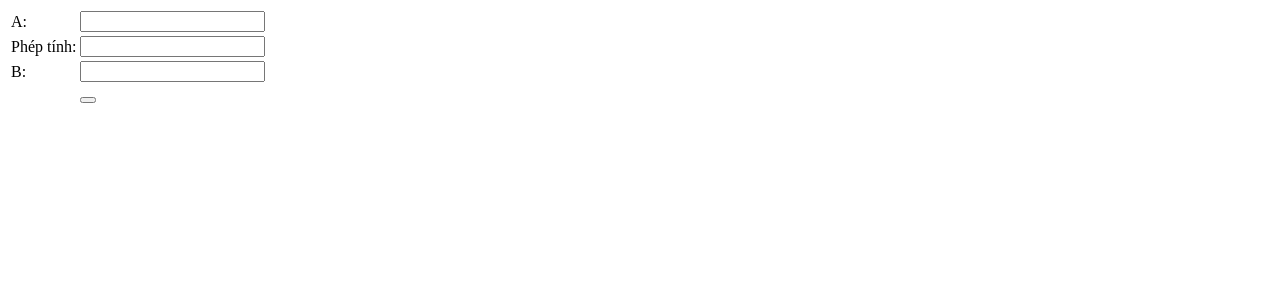
Repository: nguyenhung50497/MD3_tongQuanVeUngDungWeb
Page: BT_xayDungUngDungMayTinh/views/calculator.html
The author's editor kept a copy of each file at every save. The page is drawn from the files as they stood at one save, then again after the next save.
The browser window is 1280 px wide. The pictures show the whole page.

Above is the page before, as saved 2022-12-14 11:08:53.

After the next save:
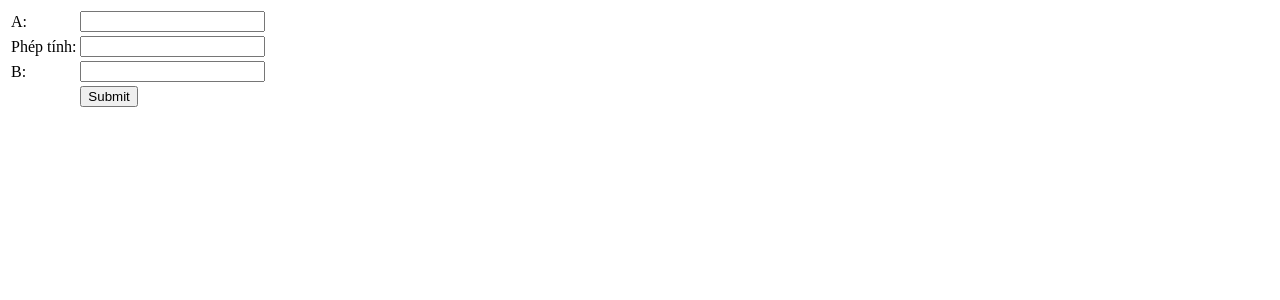
Saved 8 s later.
--- a/BT_xayDungUngDungMayTinh/views/calculator.html
+++ b/BT_xayDungUngDungMayTinh/views/calculator.html
@@ -23,7 +23,7 @@
             </tr>
             <tr>
                 <td></td>
-                <td><button type="submit"></button></td>
+                <td><button type="submit">Submit</button></td>
             </tr>
         </table>
 
